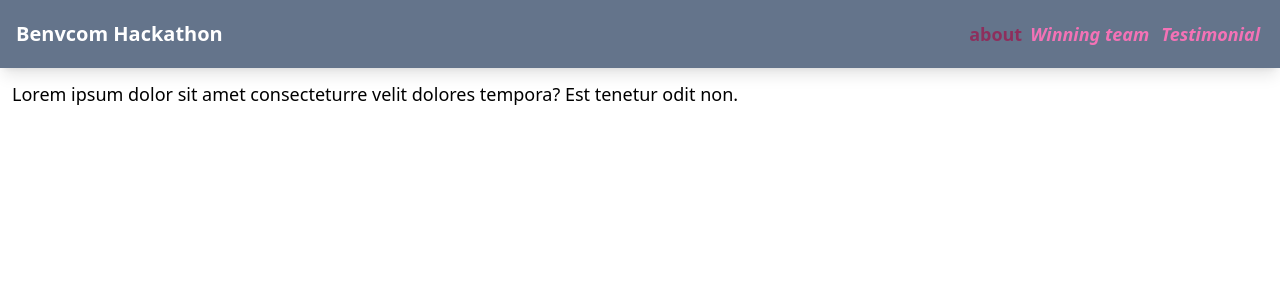
Repository: Semanmernstack/Bincom
Page: /about
The author's editor kept a copy of each file at every save. The page is drawn from the files as they stood at one save, then again after the next save.
The browser window is 1280 px wide. The pictures show the whole page.
The project was rebuilt for these pictures with package versions that can differ from the ones it lists, and the page was loaded fresh each time. The framework's server and built-in components were replaced by stand-ins that run in the browser. Also part of the build but not shown: next.config.mjs.

Above is the page before, as saved 2024-01-25 22:53:12.

### app/layout.tsx
import type { Metadata } from "next";
import { Inter } from "next/font/google";
import "./globals.css";
import Nav from "./components/Nav";

const inter = Inter({ subsets: ["latin"] });

export const metadata: Metadata = {
  title: "Create Next App",
  description: "Generated by create next app",
};

export default function RootLayout({
  children,
}: Readonly<{
  children: React.ReactNode;
}>) {
  return (
    <html lang="en">
      <body className=" ">
        <Nav/>
        {children}
      </body>
    </html>
  );
}

### app/about/page.tsx
import React from 'react'

function page() {
  return (
    <div className='p-3  text-sm md:text-lg'>
        <span className=''>
        Lorem ipsum dolor sit amet consecteturre velit dolores tempora? Est tenetur odit non.
        </span>
    </div>


  )
}

export default page

### app/components/Nav.tsx
"use client"
import Link from 'next/link'
import { usePathname } from 'next/navigation'
import React from 'react'
const Linkk = [
    {
        href: "/about",
        title: "about"
    },
    {
        href: "/winner",
        title: "Winning team"
    },
    {
        href: "/testimony",
        title: "Testimonial",
    },
]

function Nav() {
    const pathname = usePathname()
  return (
    <div className=' flex items-center justify-between   bg-slate-500 p-4 shadow-lg'>
        <div>
            <h1 className='text-xl text-white font-extrabold'> Benvcom Hackathon  </h1>
        </div>
        <div className='flex items-center justify-center gap-1 text-red-300 '>
            {Linkk.map((d, i) => (
            <div className='' key={i}>
                {pathname === d.href ? (
                <Link href={d.href} className=' flex  text-xs sm:text-lg text-pink-800 font-bold animate-pulse'>
                    {d.title}
                </Link>


                ):(
                    <Link href= {d.href }
                    className="flex items-center justify-center p-1   gap-3 italic sm:font-semibold hover:border rounded-lg text-pink-400   dark:text-white text-xs sm:text-lg font-semibold transition duration-100  "
                    >
                        {d.title}
                    </Link>

                )}
            </div>

        ))}

        </div>





</div>
  )
}

export default Nav

Loaded but not shown: app/globals.css (common file); tailwind.config.ts (common file)

After the next save:
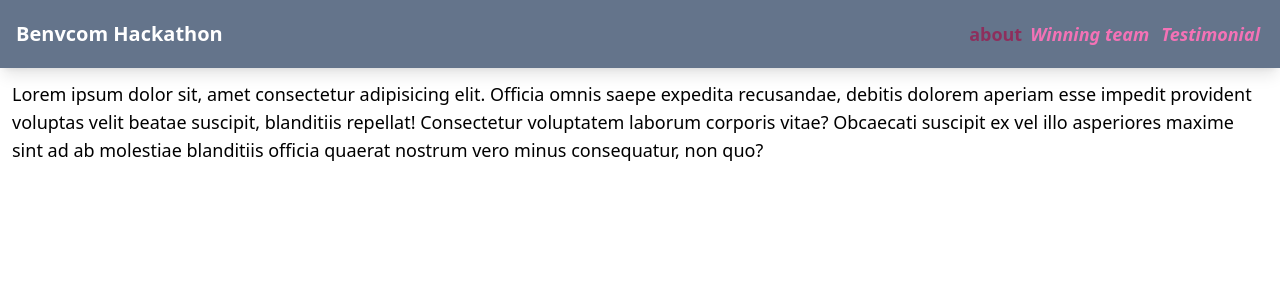
Saved 28 s later.
--- a/app/about/page.tsx
+++ b/app/about/page.tsx
@@ -4,7 +4,7 @@ function page() {
   return (
     <div className='p-3  text-sm md:text-lg'>
         <span className=''>
-        Lorem ipsum dolor sit amet consecteturre velit dolores tempora? Est tenetur odit non.
+        Lorem ipsum dolor sit, amet consectetur adipisicing elit. Officia omnis saepe expedita recusandae, debitis dolorem aperiam esse impedit provident voluptas velit beatae suscipit, blanditiis repellat! Consectetur voluptatem laborum corporis vitae? Obcaecati suscipit ex vel illo asperiores maxime sint ad ab molestiae blanditiis officia quaerat nostrum vero minus consequatur, non quo?
         </span>
     </div>
 
